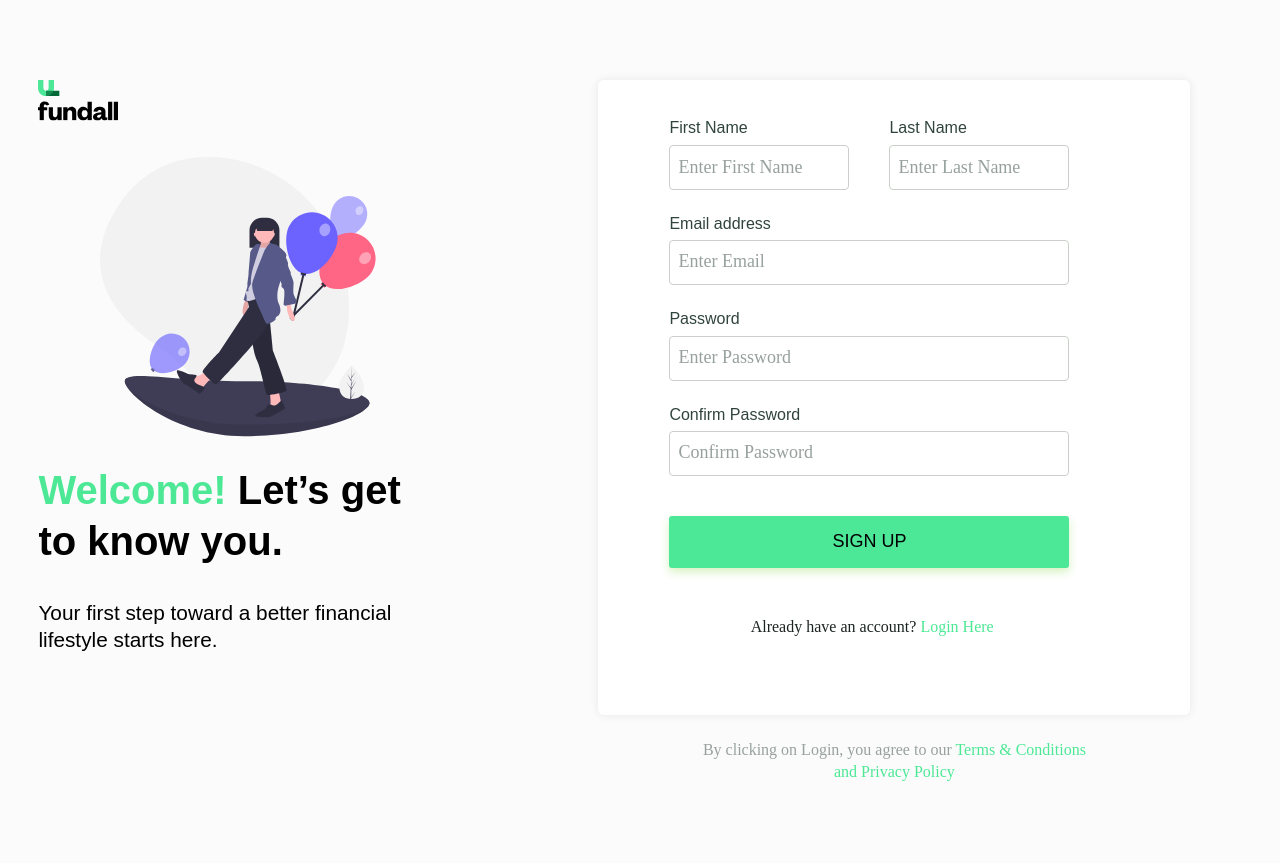
Repository: nilesjamex/niffty
Page: /signup
An editor plug-in stored every save of this project. The page is shown before and after the next save, followed by the edit.
The browser window is 1280 px wide. The pictures show the whole page.
The project was rebuilt for these pictures with package versions that can differ from the ones it lists, and the page was loaded fresh each time. Also part of the build but not shown: src/components/Nav.vue, src/views/Home.vue, src/views/Login.vue.

Above is the page before, as saved 2022-04-16 20:43:58.

After the next save:
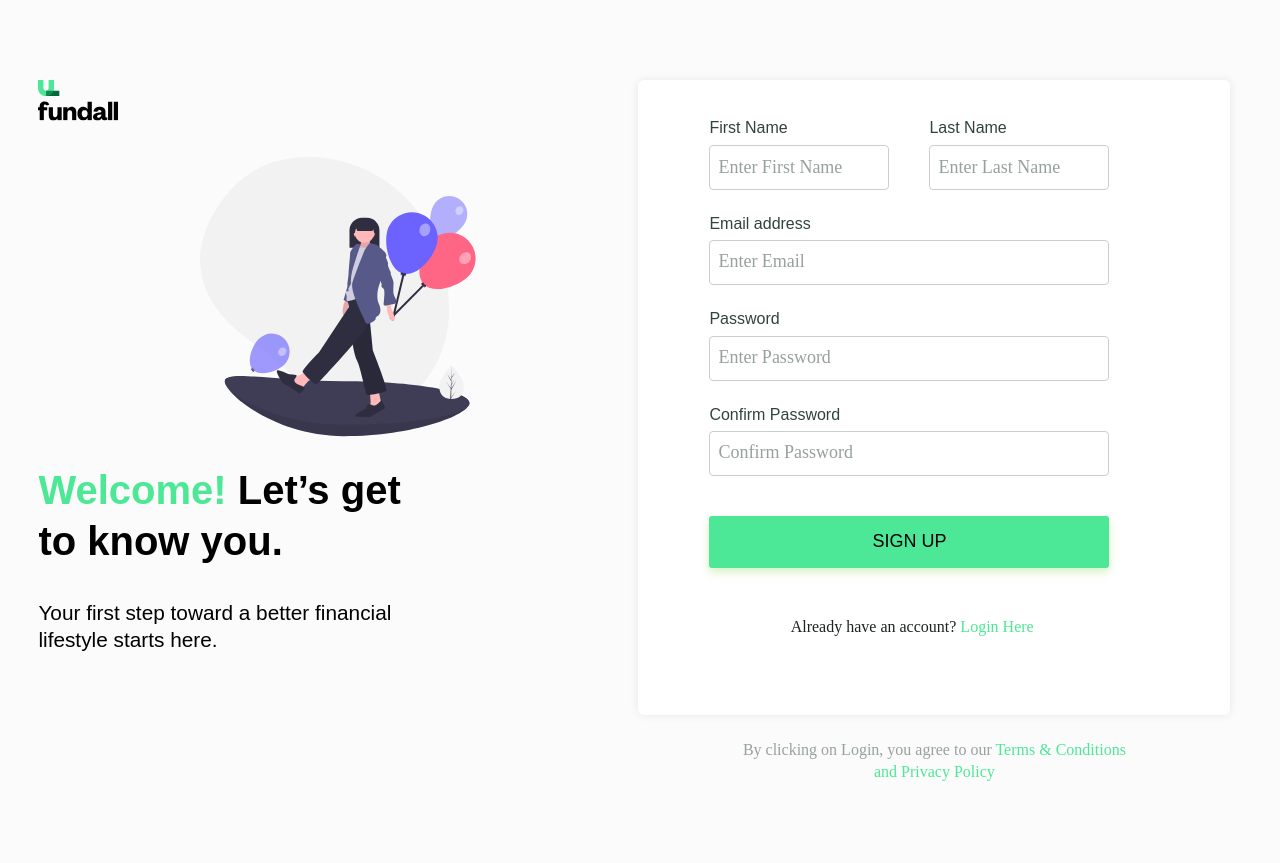
Saved 24 s later.
--- a/src/views/SignUp.vue
+++ b/src/views/SignUp.vue
@@ -83,7 +83,7 @@ export default {
     @include flex(space-between,);
 }
 .signup--intro--content {
-    width: 400px;
+    width: 600px;
     margin-top: 2rem;
 }
 .signup--intro--content {
